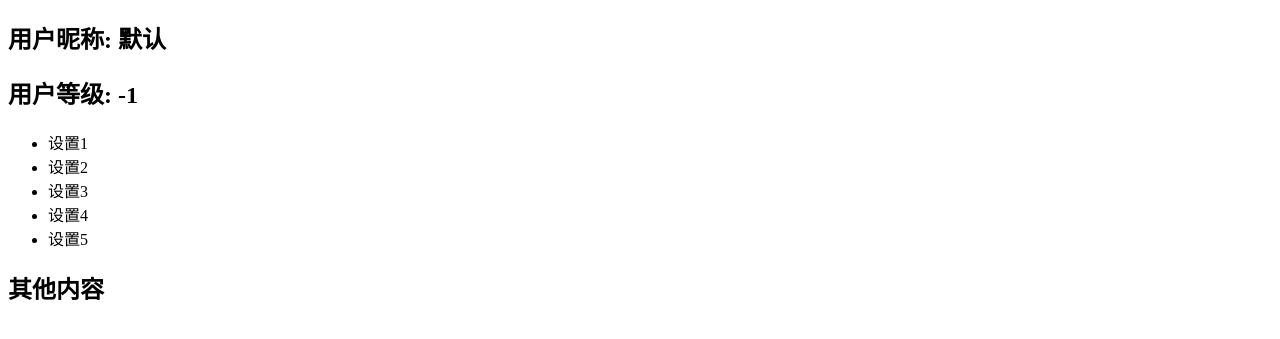
Repository: Hminister/learnReact
Page: /
These files come from the project's save history. The page is drawn as it stood at one moment and after the next save; the edit follows.
The browser window is 1280 px wide. The pictures show the whole page.
The project was rebuilt for these pictures with package versions that can differ from the ones it lists, and the page was loaded fresh each time. Also part of the build but not shown: src/tabcontrl.css.

Above is the page before, as saved 2020-08-20 18:10:33.

### public/index.html
<!DOCTYPE html>
<html lang="en">

<head>
    <meta charset="utf-8" />
    <link rel="icon" href="%PUBLIC_URL%/favicon.ico" />
    <meta name="viewport" content="width=device-width, initial-scale=1" />
    <meta name="theme-color" content="#000000" />
    <meta name="description" content="Web site created using create-react-app" />
    <!--
      manifest.json provides metadata used when your web app is installed on a
      user's mobile device or desktop. See https://developers.google.com/web/fundamentals/web-app-manifest/
    -->
    <!--
      Notice the use of %PUBLIC_URL% in the tags above.
      It will be replaced with the URL of the `public` folder during the build.
      Only files inside the `public` folder can be referenced from the HTML.

      Unlike "/favicon.ico" or "favicon.ico", "%PUBLIC_URL%/favicon.ico" will
      work correctly both with client-side routing and a non-root public URL.
      Learn how to configure a non-root public URL by running `npm run build`.
    -->
    <title>React App</title>
</head>

<body>
    <noscript>You need to enable JavaScript to run this app.</noscript>
    <div id="root"></div>
    <!--
      This HTML file is a template.
      If you open it directly in the browser, you will see an empty page.

      You can add webfonts, meta tags, or analytics to this file.
      The build step will place the bundled scripts into the <body> tag.

      To begin the development, run `npm start` or `yarn start`.
      To create a production bundle, use `npm run build` or `yarn build`.
    -->
</body>

</html>

### src/index.js
import React from 'react'

import ReactDOM from 'react-dom'

import App from './app'

import './tabcontrl.css'

ReactDOM.render(<App />, document.getElementById('root'))

### src/app.js
import React, { Component } from 'react';

const UserContext = React.createContext({ nickname: "默认", level: -1 })
const ThemeContext = React.createContext({ color: "black" });
// class ProfileHeader extends Component {
//     render () {
//         return (
//             <div>
//                 <h2>用户昵称: {this.context.nickname}</h2>
//                 <h2>用户等级: {this.context.level}</h2>
//             </div>
//         )
//     }
// }

function ProfileHeader (props) {

    return (
        <div>
            <UserContext.Consumer>
                {
                    (value) => {
                        return (<ThemeContext.Consumer>
                            {(theme) => {
                                return (
                                    <div>
                                        <h2 style={theme}>用户昵称: {value.nickname}</h2>
                                        <h2 style={theme}>用户等级: {value.level}</h2>
                                    </div>
                                )
                            }}
                        </ThemeContext.Consumer>)
                    }
                }
            </UserContext.Consumer>

        </div>

    )
}
ProfileHeader.contextType = UserContext;

class Profile extends Component {
    render () {
        return (
            <div>
                <ProfileHeader />
                <ul>
                    <li>设置1</li>
                    <li>设置2</li>
                    <li>设置3</li>
                    <li>设置4</li>
                    <li>设置5</li>
                </ul>
            </div>
        )
    }
}

export default class App extends Component {
    render () {
        return (
            <div>
                <Profile />

                <UserContext.Provider value={{ nickname: "why", level: 99 }}>
                    <ThemeContext.Provider value={{ color: 'red' }}>
                    </ThemeContext.Provider>
                </UserContext.Provider>
                <h2>其他内容</h2>
            </div>
        )
    }
}

After the next save:
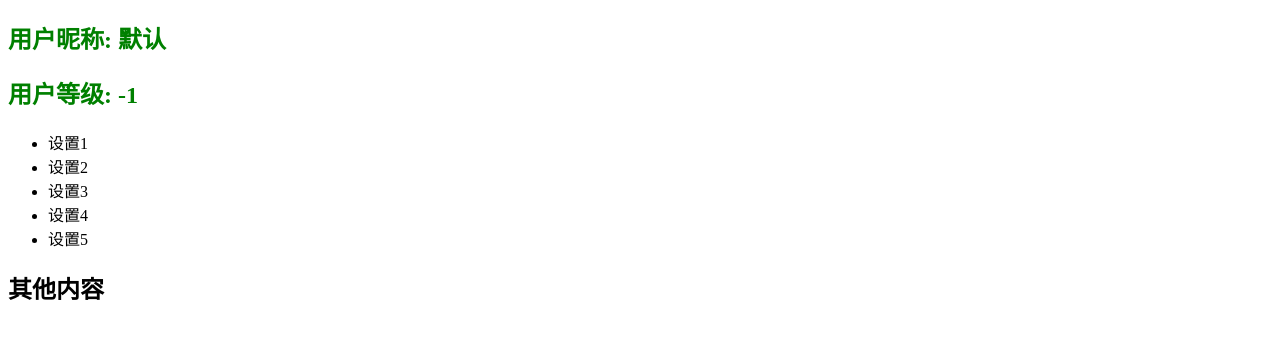
Saved 9 s later.
--- a/src/app.js
+++ b/src/app.js
@@ -1,7 +1,7 @@
 import React, { Component } from 'react';
 
 const UserContext = React.createContext({ nickname: "默认", level: -1 })
-const ThemeContext = React.createContext({ color: "black" });
+const ThemeContext = React.createContext({ color: "green" });
 // class ProfileHeader extends Component {
 //     render () {
 //         return (
